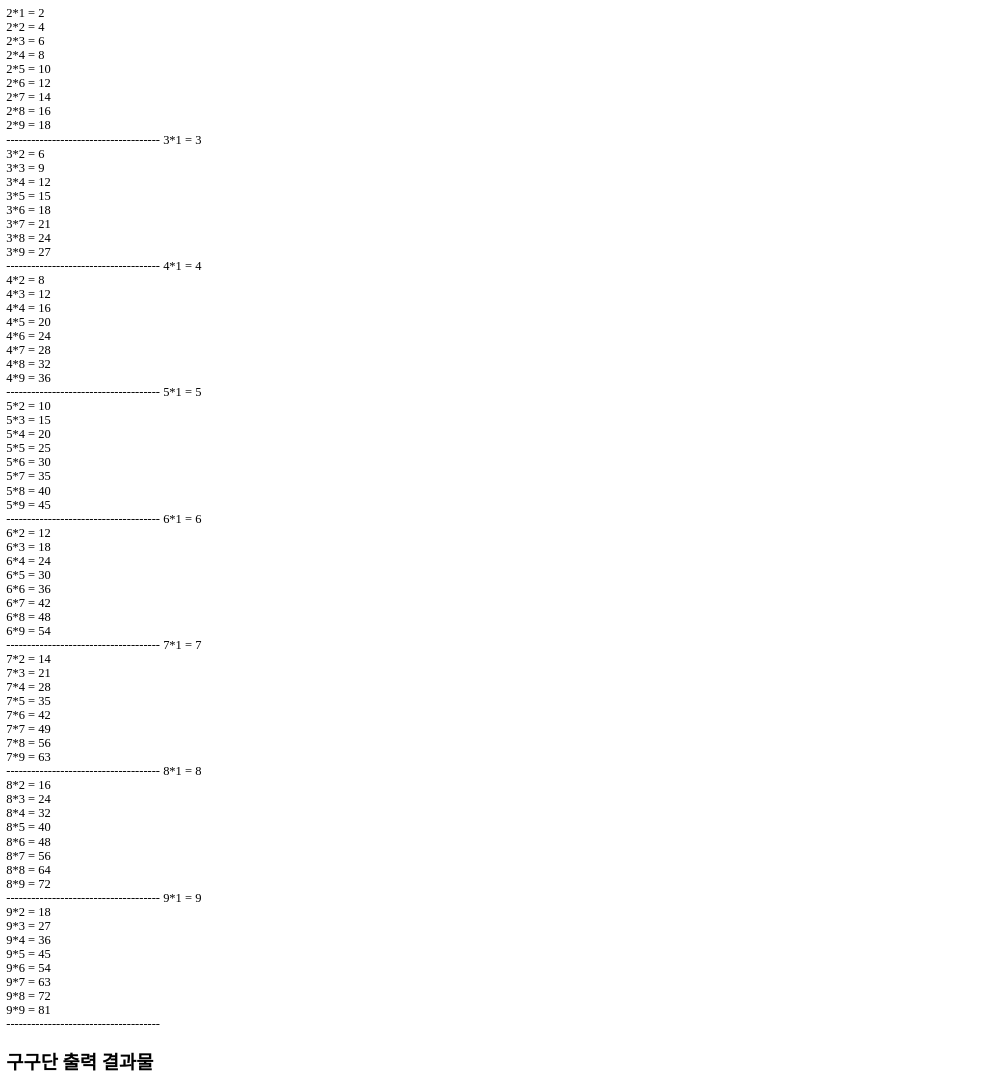
Repository: ceooyh/JSP
Page: http://localhost/step1/gugudan.jsp
The author's editor kept a copy of each file at every save. The page is drawn from the files as they stood at one save, then again after the next save.
The browser window is 1280 px wide. The pictures show the whole page, at 78% of full size.
The page is served by Tomcat 9.

Above is the page before, as saved 2020-12-28 06:49:07.

After the next save:
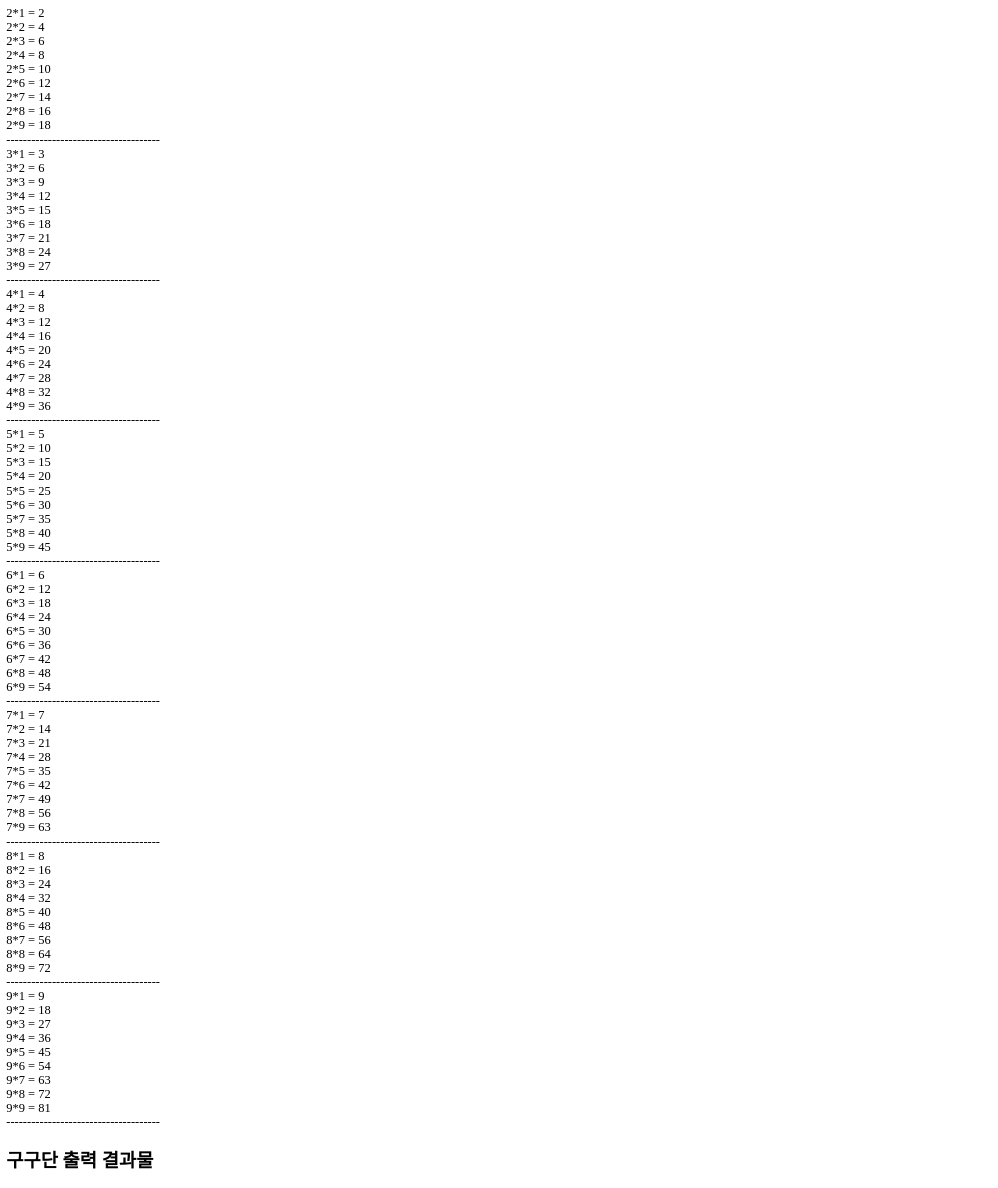
Saved 9 s later.
--- a/step1/WebContent/gugudan.jsp
+++ b/step1/WebContent/gugudan.jsp
@@ -18,7 +18,7 @@
 				result = num * i;
 				response.getWriter().println(num + "*" + i + " = " + result+"<br>");
 			}
-				response.getWriter().println("-------------------------------------");
+				response.getWriter().println("-------------------------------------<br>");
 		}
 	%>
 
